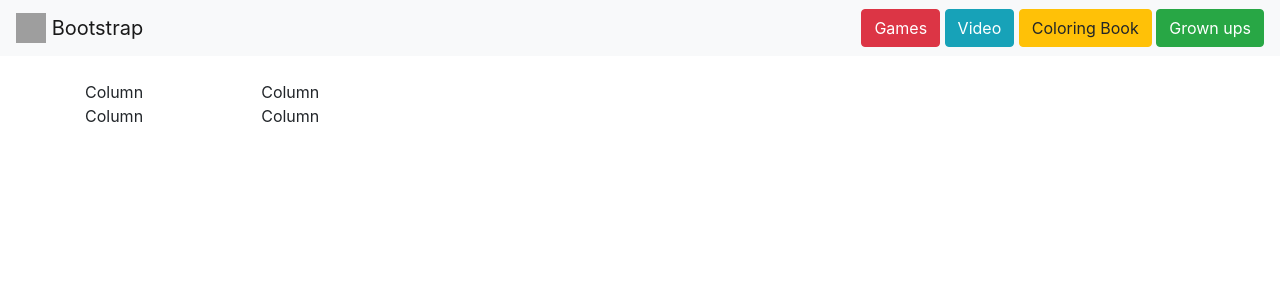
Repository: kkyler24/MCLA
Page: Home.html
An editor plug-in stored every save of this project. The page is shown before and after the next save, followed by the edit.
The browser window is 1280 px wide. The pictures show the whole page.
Pictures or frames that could not be fetched are drawn as grey boxes. Some web libraries are served in a nearby version.

Above is the page before, as saved 2020-04-20 21:40:08.

### Home.html

<!DOCTYPE html>
<html lang="en">
<head>
    <meta charset="UTF-8">
    <meta name="viewport" content="width=device-width, initial-scale=1.0">
    <title>MCLA</title>
    <!-- Boostrap Css -->
    <link rel="stylesheet" href="https://maxcdn.bootstrapcdn.com/bootstrap/4.0.0/css/bootstrap.min.css" integrity="sha384-Gn5384xqQ1aoWXA+058RXPxPg6fy4IWvTNh0E263XmFcJlSAwiGgFAW/dAiS6JXm" crossorigin="anonymous">
    <link  type="text/css" rel="stylesheet" href="Home.css">
</head>
<body>
    <header>
<!--NavBar  -->

<nav class="navbar navbar-light bg-light">
  <!-- Image Logo -->
    <a class="navbar-brand" href="#">
      <img src="/docs/4.0/assets/brand/bootstrap-solid.svg" width="30" height="30" class="d-inline-block align-top" alt="">
      Bootstrap
    </a>
    <!-- end of logo -->
    <div class="navbuttons">
      <button id="gamesBtn" type="button" class="btn btn-danger navbuttons">Games</button>
      <button id="videoBtn" type="button" class="btn btn-info navbuttons">Video</button>
      <button id="coloringBookBtn" type="button" class="btn btn-warning navbuttons">Coloring Book</button>
      <button id="grownUpBtn" type="button" class="btn btn-success navbuttons">Grown ups</button>
      </div>
  </nav>
  <!-- Jumbotron -->
<br>
    </header>
    <main>

      <div id="mainContainerHtml" class="container d-flex align-content-center">
        <div class="row">
          <div class="col">Column</div>
          <div class="col">Column</div>
          <div class="w-100"></div>
          <div class="col">Column</div>
          <div class="col">Column</div>
        </div>
      </div>









    </main>
<!-- footer -->
<footer>

</footer>
    <!--JS files  -->
    <script src="https://code.jquery.com/jquery-3.2.1.slim.min.js" integrity="sha384-KJ3o2DKtIkvYIK3UENzmM7KCkRr/rE9/Qpg6aAZGJwFDMVNA/GpGFF93hXpG5KkN" crossorigin="anonymous"></script>
<script src="https://cdnjs.cloudflare.com/ajax/libs/popper.js/1.12.9/umd/popper.min.js" integrity="sha384-ApNbgh9B+Y1QKtv3Rn7W3mgPxhU9K/ScQsAP7hUibX39j7fakFPskvXusvfa0b4Q" crossorigin="anonymous"></script>
<script src="https://maxcdn.bootstrapcdn.com/bootstrap/4.0.0/js/bootstrap.min.js" integrity="sha384-JZR6Spejh4U02d8jOt6vLEHfe/JQGiRRSQQxSfFWpi1MquVdAyjUar5+76PVCmYl" crossorigin="anonymous"></script>
</body>
</html>

Loaded but not shown: Home.css (empty)

After the next save:
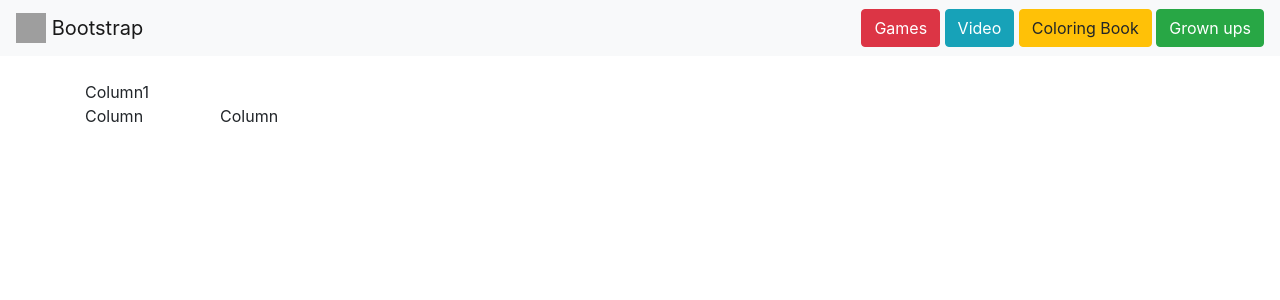
Saved 86 s later.
--- a/Home.html
+++ b/Home.html
@@ -34,8 +34,7 @@
 
       <div id="mainContainerHtml" class="container d-flex align-content-center">
         <div class="row">
-          <div class="col">Column</div>
-          <div class="col">Column</div>
+          <div class="col">Column1 </div>
           <div class="w-100"></div>
           <div class="col">Column</div>
           <div class="col">Column</div>
